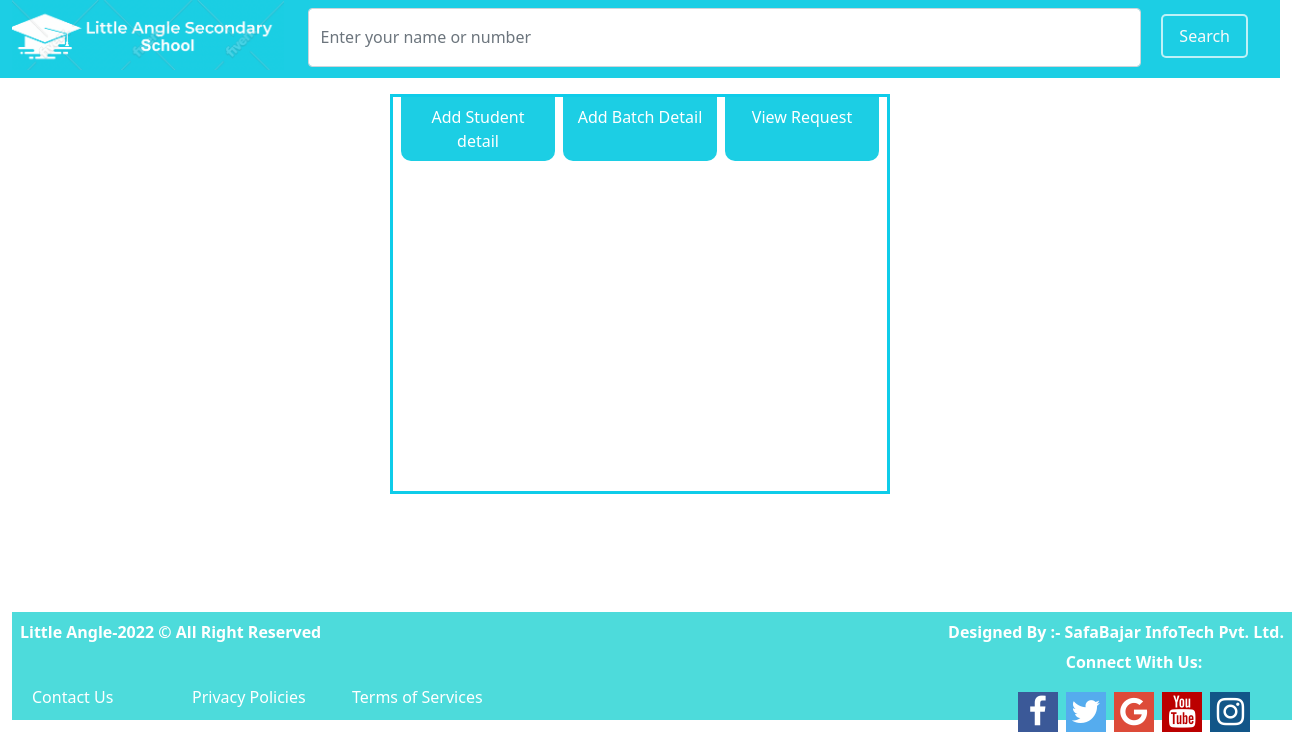
Repository: Sjuicyy/School-Project
Page: home2.html
The author's editor kept a copy of each file at every save. The page is drawn from the files as they stood at one save, then again after a run of saves.
The browser window is 1280 px wide. The page is 1304 px wide, then 1280 px, then 1304 px, so the pictures cover 1304 px, including what lies to the right of the window. The pictures show the whole page.

Above is the page before, as saved 2022-09-18 14:31:38.

After the next 2 saves:
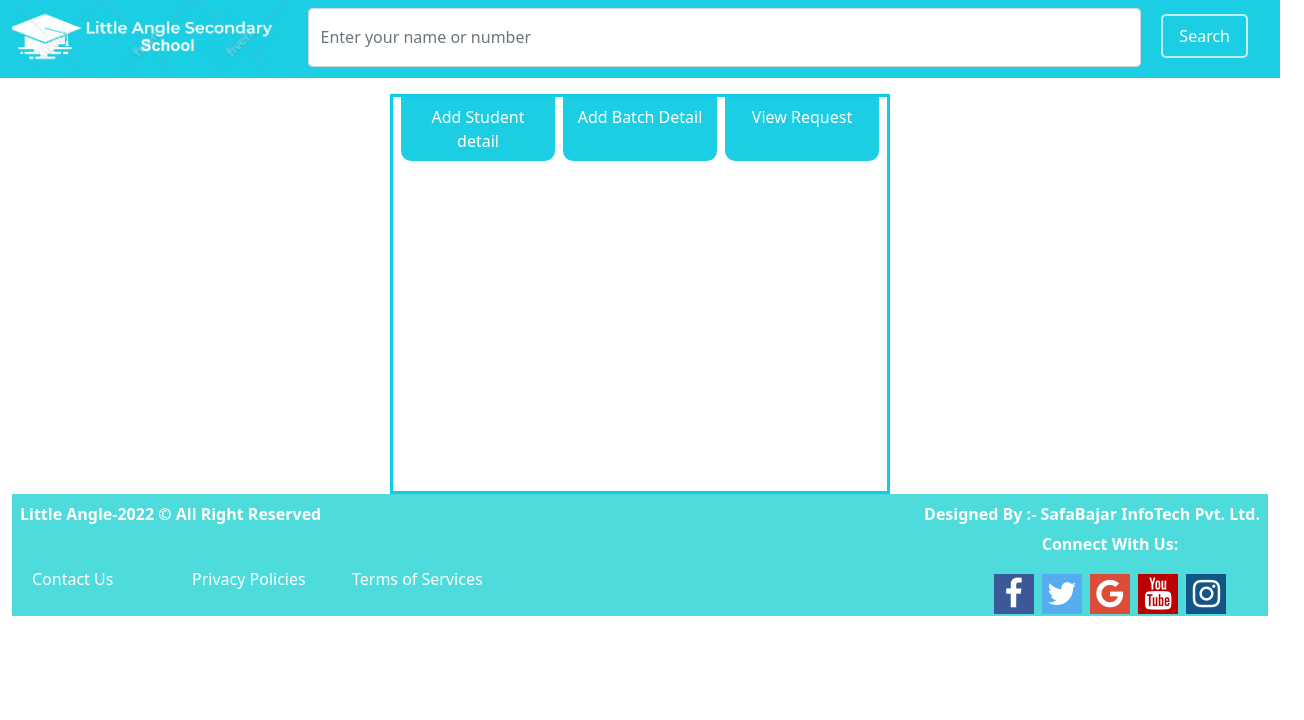
The 2 saves are shown as one change because they came seconds apart.
The last was saved 5 s later.
--- a/home2.html
+++ b/home2.html
@@ -42,8 +42,6 @@
         }
         .footer {
             background-color: rgb(77, 219, 219);
-            width: 100%;
-            position: absolute;
             bottom: 0;
             height: 15%;
             color: rgb(255, 255, 255);

After the 4 saves that followed:
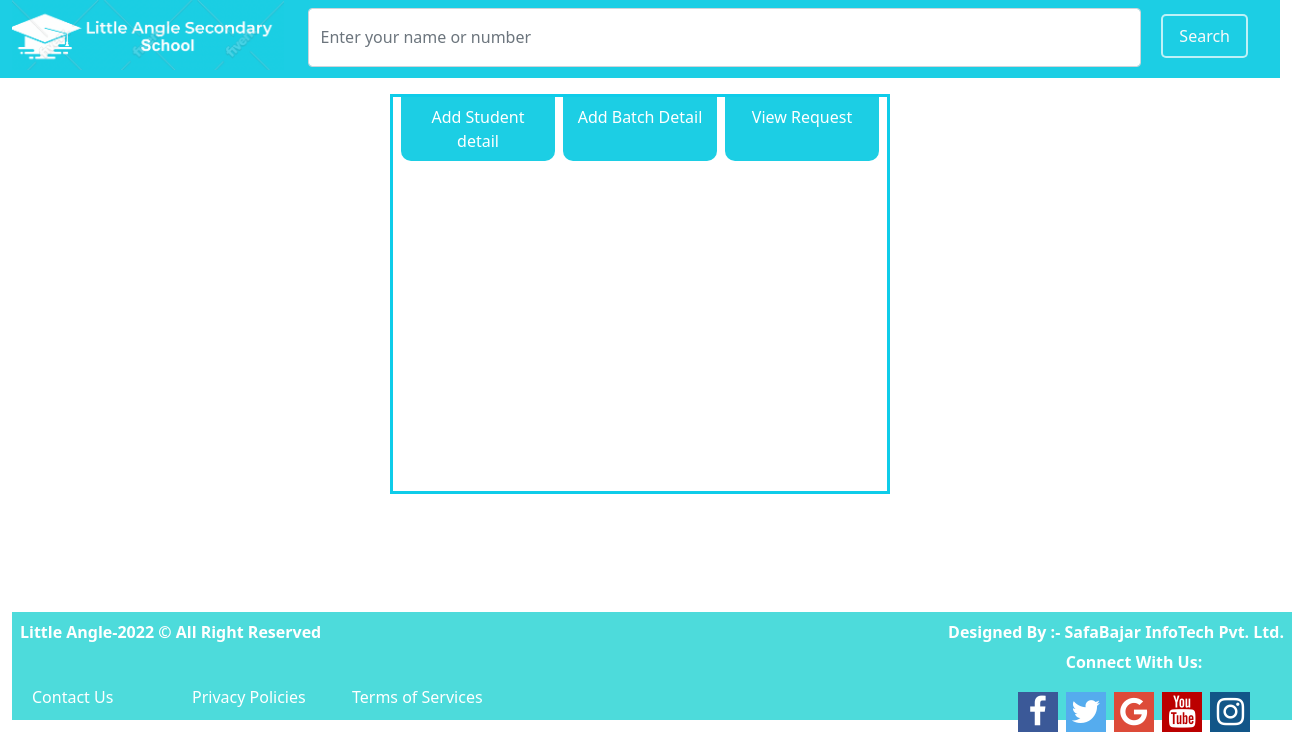
The 4 saves are shown as one change because 1 left the picture as it was and some came seconds apart.
The last was saved 18 s later.
--- a/home2.html
+++ b/home2.html
@@ -42,6 +42,8 @@
         }
         .footer {
             background-color: rgb(77, 219, 219);
+            width: 100%;
+            position: absolute;
             bottom: 0;
             height: 15%;
             color: rgb(255, 255, 255);
